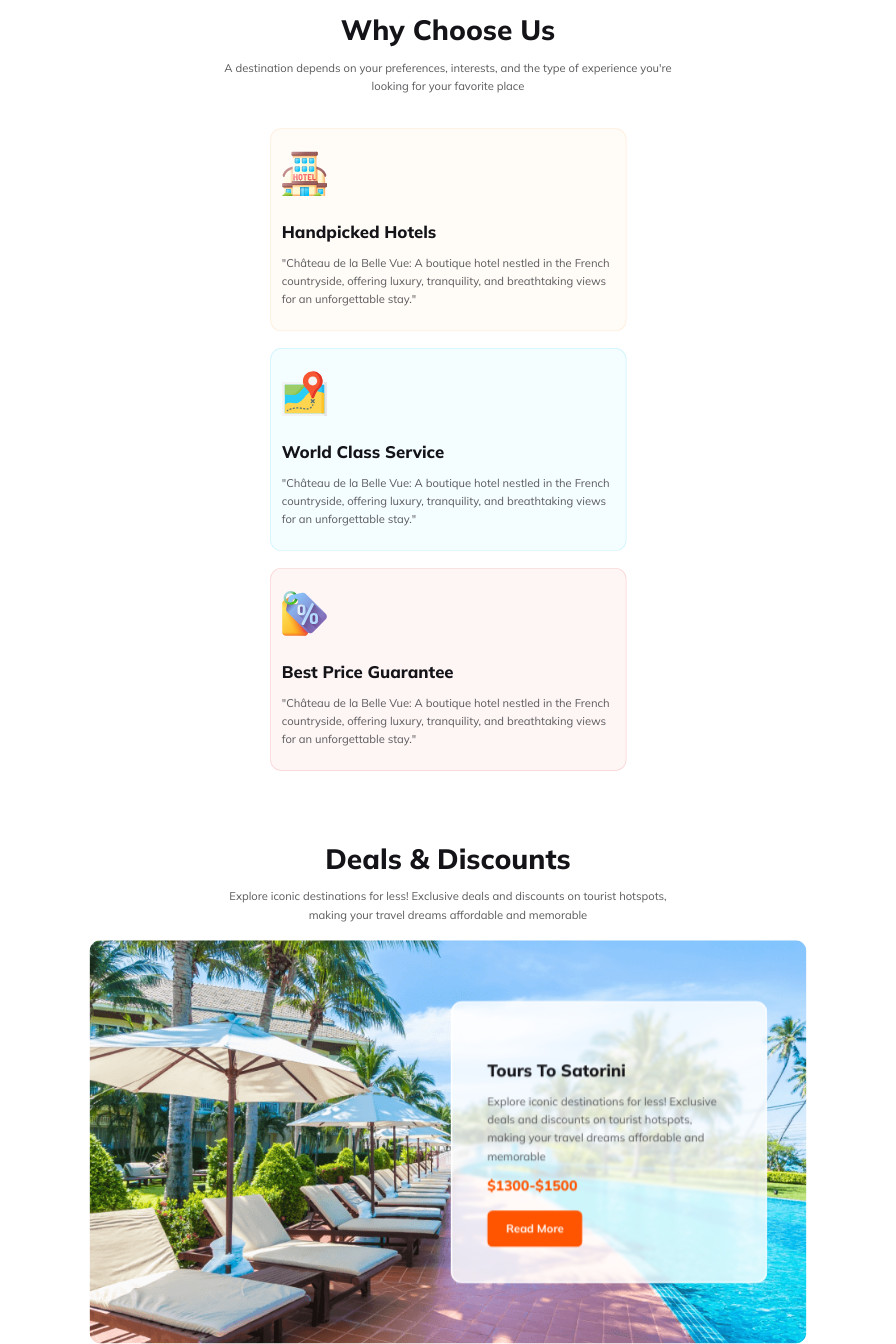
Repository: ShouravAhammed/Assignment-2
Page: index.html
The author's editor kept a copy of each file at every save. The page is drawn from the files as they stood at one save, then again after the next save.
The browser window is 1280 px wide. The pictures show the part of the page from y = 2665 to 4585 px (the page is 4585 px tall), at 70% of full size.
Some web libraries are served in a nearby version.

Above is the page before, as saved 2024-01-16 18:04:14.

### index.html
<!DOCTYPE html>
<html lang="en">
<head>
    <meta charset="UTF-8">
    <meta name="viewport" content="width=device-width, initial-scale=1.0">
    <!-- website title -->
    <title>Easy Travel</title>
    <!-- linked font awesome -->
    <script src="https://kit.fontawesome.com/0d98d502eb.js" crossorigin="anonymous"></script>
    <!-- linked favicon -->
    <link rel="shortcut icon" href="Images/Group 40071 (2).png" type="image/x-icon">
    <!-- linked css -->
    <link rel="stylesheet" href="styles/style.css">
</head>
<body>
    <!-- header part start -->
    <header id="header">
        <div class="container">
            <nav class="navigation">
                    <a class="website-name" href="">
                        <img src="Images/Group 40071 (2).png" alt="">
                        <h3 class="web-text">Easy <span class="web-text-color">Travel</span></h3>
                    </a>
                    <input type="checkbox" id="check">
                    <label for="check" class="checkbtn"><i class="fa-solid fa-bars"></i></label>
                    <ul class="nav">
                        <li><a class="active" href="">Home</a></li>
                        <li><a href="">Packages</a></li>
                        <li><a href="">Testimonial</a></li>
                        <li><a href="">Blog</a></li>
                        <li><a href="">Contact</a></li>
                    </ul>
                </nav>

                <section id="banner">
                    <div class="banner-container">
                        <div class="banner-text">
                            <h2 class="banner-title">Explore Your Travel</h2>
                        <p class="banner-description">Share your destination, interests, and preferences, and I'll assist in crafting a personalized itinerary for your unforgettable journey.</p>
                        </div>
                        <form class="banner-form" action="">
                            <input type="text" placeholder="Where go">
                            <select name="" id="">
                                <option value="">When</option>
                                <option value="">10:00pm</option>
                                <option value="">12:00am</option>
                                <option value="">3:00pm</option>
                                <option value="">01:00pm</option>
                            </select>
                            <select name="" id="">
                                <option value="">Select Type</option>
                                <option value="">Maldives</option>
                                <option value="">Srilanka</option>
                                <option value="">Bangladesh</option>
                                <option value="">Bandarban</option>
                                <option value="">North America</option>
                            </select>
                            <button class="primary-btn"><i class="fa-solid fa-magnifying-glass"></i> Find Now</button>
                        </form>
                    </div>
                </section>
        </div>
    </header>
    <!-- header part end -->
    <!-- main part start -->
    <main>
        <section id="tour">
            <div class="container">
                <div class="tour-container">
                    <div class="tour-text">
                        <h3 class="primary-title">Our Popular Tours</h3>
                        <p class="primary-description">Discover scenic wonders, cultural gems, and thrilling adventures with our popular tours—crafted for memorable experiences and lasting memories.</p>
                        <ul class="tour-list">
                            <li>Tempus euismod lacus mauris dignissim quis in ultrices. Magna nullam odio neque diam. Sociis erat at .</li>
                            <li>Adipiscing ornare pellentesque mauris volutpat tortor vitae platea porta lacus. Lectus suspendisse nullam.</li>
                            <li>Amet consectetur. Vulputate commodo felis molestie risus
                                ornare nulla amet et. Libero commodo sagittis dignissim adipiscing quis. Habitant adipiscing risus natoque aliquet. Id bibendum nunc senectus semper tincidunt.
                            </li>
                        </ul>
                        <p class="primary-description">Embark on unforgettable journeys with our popular tours. From cultural escapades to thrilling adventures, our meticulously crafted experiences promise to create lasting memories in breathtaking destinations worldwide.</p>
                        <button class="primary-btn">Read More</button>
                    </div>
                    <div class="tour-img">
                        <img src="Images/Rectangle 4.png" alt="tour-img">
                    </div>
                </div>
            </div>
        </section>
        <!-- destination section part -->
        <section id="destination">
            <div class="container">
                <dive class="destination-container">
                    <div class="primary-text">
                        <h3 class="primary-title">Choose Your Destination</h3>
                    <p class="primary-description">A destination depends on your preferences, interests, and the type of experience you're looking for......</p>
                    </div>
                    <div class="destination-content">
                        <div class="destination-img" id="img1">
                            <img src="Images/Rectangle 5.png" alt="">
                            <h3 class="destination-img-title">Maldives</h3>
                        </div>
                        <div class="destination-img" id="img2">
                            <img src="Images/Rectangle 8.png" alt="">
                            <h3 class="destination-img-title">Indonesia</h3>
                        </div>
                        <div class="destination-img" id="img3">
                            <img src="Images/Rectangle 6.png" alt="">
                            <h3 class="destination-img-title">Srilanka</h3>
                        </div>
                        <div class="destination-img" id="img4">
                            <img src="Images/Rectangle 7.png" alt="">
                            <h3 class="destination-img-title">North America</h3>
                        </div>
                        <div class="destination-img" id="img5">
                            <img src="Images/Rectangle 9.png" alt="">
                            <h3 class="destination-img-title">Kashmir</h3>
                        </div>
                        <div class="destination-img" id="img6">
                            <img src="Images/Rectangle 11.png" alt="">
                            <h3 class="destination-img-title">Bangladesh</h3>
                        </div>
                        <div class="destination-img" id="img7">
                            <img src="Images/Rectangle 10.png" alt="">
                            <h3 class="destination-img-title">Bandarban</h3>
                        </div>
                    </div>
                </dive>
            </div>
        </section>
        <!-- why choose us section part -->
        <section id="choose">
            <div class="container">
                <div class="choose-container">
                    <div class="primary-text">
                        <h3 class="primary-title">Why Choose Us</h3>
                    <p class="primary-description">A destination depends on your preferences, interests, and the type of experience you're looking for your favorite place</p>
                    </div>
                    <div class="choose-content">
                        <div class="choose-boxes box-yellow">
                            <img src="icons/hotel.svg" alt="">
                            <h3 class="choose-title">Handpicked Hotels</h3>
                            <p class="choose-description">"Château de la Belle Vue: A boutique hotel nestled in the French countryside, offering luxury, tranquility, and breathtaking views for an unforgettable stay."</p>
                        </div>
                        <div class="choose-boxes box-sky">
                            <img src="icons/map.svg" alt="">
                            <h3 class="choose-title">World Class Service</h3>
                            <p class="choose-description">"Château de la Belle Vue: A boutique hotel nestled in the French countryside, offering luxury, tranquility, and breathtaking views for an unforgettable stay."</p>
                        </div>
                        <div class="choose-boxes box-darkyellow">
                            <img src="icons/price.svg" alt="">
                            <h3 class="choose-title">Best Price Guarantee</h3>
                            <p class="choose-description">"Château de la Belle Vue: A boutique hotel nestled in the French countryside, offering luxury, tranquility, and breathtaking views for an unforgettable stay."</p>
                        </div>
                    </div>
                </div>
            </div>
        </section>
        <!-- deals section part -->
        <section id="deals">
            <div class="container">
                <div class="deals-container">
                    <div class="primary-text">
                        <h3 class="primary-title">Deals & Discounts</h3>
                    <p class="primary-description">Explore iconic destinations for less! Exclusive deals and discounts on tourist hotspots, making your travel dreams affordable and memorable</p>
                    </div>
                    <div class="deals-content">
                        <div class="deals-text">
                            <div class="date-time">
                                <p></p>
                                <p></p>
                                <p></p>
                            </div>
                            <h3 class="choose-title">Tours To Satorini</h3>
                            <p class="choose-description">Explore iconic destinations for less! Exclusive deals and discounts on tourist hotspots, making your travel dreams affordable and memorable</p>
                            <h4 class="deals-price">$1300-$1500</h4>
                            <button class="primary-btn">Read More</button>
                        </div>
                    </div>
                </div>
            </div>
        </section>
    </main>
    <!-- main part end -->
    <!-- footer part start -->
    <footer>

    </footer>
    <!-- footer part end -->
</body>
</html>

### styles/style.css
/* Import Fonts From Google Fonts */
@import url('https://fonts.googleapis.com/css2?family=Mulish:ital,wght@0,200;0,300;0,400;0,500;0,600;0,700;0,800;0,900;0,1000;1,200;1,300;1,400;1,500;1,600;1,700;1,800;1,900;1,1000&display=swap');@import url('https://fonts.googleapis.com/css2?family=Mulish:ital,wght@0,200;0,300;0,400;0,500;0,600;0,700;0,800;0,900;0,1000;1,200;1,300;1,400;1,500;1,600;1,700;1,800;1,900;1,1000&display=swap');

/* color clearance */
:root{
    --primary-color: #FF5400;
    --secondary-color: #131318;
    --third-color: #fff;
}

/* all default size off */
*{
    margin: 0;
    padding: 0;
    outline: 0;
    box-sizing: border-box;
}
/* container display measuring size*/
.container{
    width: 80%;
    margin: 0 auto;
}
/* primary title, description and button */
.primary-title{
    color: var(--secondary-color);
    font-family: Mulish;
    font-size: 2.5rem;
    font-weight: 800;
}
.primary-description{
    color: rgba(19, 19, 24, 0.70);
    font-family: Mulish;
    font-size: 1rem;
    font-weight: 400;
    line-height: 26px;
    margin: 16px 0;
}
/* navigation css style */
.navigation{
    display: flex;
    align-items: center;
    justify-content: space-between;
    margin: 40px 0;
}
.website-name{
    display: flex;
    align-items: center;
    gap: 16px;
    text-decoration: none;
}
.website-name img{
    width: 48px;
}
.website-name .web-text{
    color: var(--secondary-color);
    font-family: Mulish;
    font-size: 2.25rem;
    font-weight: 800;
}
.website-name .web-text-color{
    color: var(--primary-color);
}


.checkbtn{
    font-size: 1.75rem;
    color: #131318;
    display: none;
}
#check{
    display: none;
}



.navigation > .nav{
    display: flex;
    align-items: center;
    gap: 44px;
}
.nav > li{
    list-style: none;
}
.nav > li a{
    color: #424247;
    font-family: Mulish;
    font-size: 1.125rem;;
    font-weight: 400;
    text-decoration: none;
    transition: all ease 0.3s;
}
.nav > li a.active, .nav > li a:hover{
    color: var(--primary-color);
}

#banner{
    background-image: linear-gradient(180deg, rgba(19, 19, 24, 0.80) 0%, rgba(19, 19, 24, 0.00) 100%), url(../Images/Group13.png);
    background-position: center;
    background-size: cover;
    background-repeat: no-repeat;
    height: 80vh;
    border-radius: 16px;
}
.banner-text{
    padding-top: 106px;
    width: 676px;
    margin: 0 auto 48px auto;
    text-align: center;
}
.banner-text .banner-title{
    color: #FFF;
    font-family: Mulish;
    font-size: 4rem;
    font-weight: 800;
}
.banner-text .banner-description{
    color: #FFF;
    font-family: Mulish;
    font-size: 1rem;
    font-weight: 400;
    line-height: 26px;
    margin-top: 24px;
}
.banner-form{
    border-radius: 8px;
    background: rgba(255, 255, 255, 0.30);
    width: 816px;
    padding: 16px 0px;
    margin: 0 auto;
    text-align: center;
    display: flex;
    align-items: center;
    justify-content: space-evenly;
}
.banner-form input, .banner-form select{
    color: rgba(19, 19, 24, 0.50);
    border-radius: 8px;
    background: #FFF;
    font-family: Mulish;
    font-size: 1rem;
    font-weight: 400;
    padding: 14px;
    border: 2px solid transparent;
    transition: all ease 0.5s;
    width: 200px;
}
.banner-form input:hover{
    border: 2px solid var(--primary-color);
}
.banner-form select:hover{
    border: 2px solid var(--primary-color);
}
.primary-btn{
    color: #FFF;
    font-family: Mulish;
    font-size: 16px;
    font-weight: 700;
    border-radius: 8px;
    background: #FF5400;
    border: none;
    padding: 14px 25px;
    border:  2px solid transparent;
    transition: all ease 0.5s;
}
.primary-btn:hover{
    border: 2px solid var(--primary-color);
    background: #fff;
    color: var(--primary-color);
}



/* tour section css style */
#tour{
    margin: 100px 0;
}
.tour-container{
    display: flex;
    gap: 53px;
    align-items: center;
}
.tour-text{
    width: 47%;
}
.tour-img{
    width: 52%;
}
.tour-img img{
    width: 100%;
}
.tour-list > li{
    color: rgba(19, 19, 24, 0.70);
    font-family: Mulish;
    font-size: 1rem;
    font-weight: 400;
    line-height: 26px;
}
/* destination section css style */

.primary-text{
    width: 643px;
    margin: 0 auto;
    text-align: center;
}
.destination-content{
    display: grid;
    grid-template-columns: repeat(12, 1fr);
    grid-template-rows: repeat(3, 1fr);
    gap: 24px;
    margin-top: 48px;
}
.destination-img {
    position: relative;
    transition: all ease 0.3s;
}
.destination-img:hover{
    filter: grayscale(1);
    transform: scale(1.03);
}
.destination-img .destination-img-title{
    position: absolute;
    top: 0;
    left: 0;
    width: 100%;
    height: 100%;
    display: flex;
    align-items: center;
    justify-content: center;
    color: #FFF;
    font-family: Mulish;
    font-size: 1.75rem;
    font-weight: 800;
}
.destination-img img{
    width: 100%;
    height: 300px;
    object-fit: cover;
    border-radius: 16px;
    background: linear-gradient(0deg, rgba(19, 19, 24, 0.20) 0%, rgba(19, 19, 24, 0.20) 100%);
}
#img1{
    grid-column: 1/ span 6;
    grid-row: 1/ span 1;
}
#img2{
    grid-column: 7/ span 6;
    grid-row: 1/ span 1;
}
#img3{
    grid-column: 1/ span 4;
    grid-row: 2/ span 1;
}
#img4{
    grid-column: 5/ span 5;
    grid-row: 2/ span 1;
}
#img5{
    grid-column: 10/ span 3;
    grid-row: 2/ span 1;
}
#img6{
    grid-column: 1/ span 5;
    grid-row: 3/ span 1;
}
#img7{
    grid-column: 6/ span 7;
    grid-row: 3/ span 1;
}


/* Choose section css style */
#choose{
    margin: 100px 0;
}
.choose-content{
    display: flex;
    gap: 24px;
    flex-wrap: wrap;
    align-items: center;
    justify-content: center;
    margin-top: 48px;
}
.choose-boxes{
    padding: 32px 16px;
    width: 509px;
    border-radius: 16px;
}
.choose-boxes img{
    width: 64px;
}
.box-yellow{
    border: 1px solid rgba(251, 181, 99, 0.20);
    background: rgba(251, 181, 99, 0.05);
}
.box-sky{
    border: 1px solid rgba(41, 206, 246, 0.20);
    background: rgba(41, 206, 246, 0.05);
}
.box-darkyellow{
    border: 1px solid rgba(233, 68, 68, 0.20);
    background: rgba(233, 68, 68, 0.05);
}
.choose-title{
    color: var(--secondary-color);
    font-family: Mulish;
    font-size: 1.5rem;
    font-weight: 800;
    margin-top: 32px;
    margin-bottom: 16px;
}
.choose-description{
    color: #5A5A5D;
    font-family: Mulish;
    font-size: 1rem;
    font-weight: 400;
    line-height: 26px;
}

/* deals section css style */
.deals-content{
    background-image: url(../Images/Group\ 39.png);
    background-position: center;
    background-size: cover;
    background-repeat: no-repeat;
    height: 80vh;
    margin-top: 24px;
    border-radius: 16px;
    display: flex;
    justify-content: flex-end;
    align-items: center;
}
.deals-text{
    border-radius: 16px;
    border: 2px solid #FFF;
    background: rgba(255, 255, 255, 0.80);
    backdrop-filter: blur(2.5px);
    padding: 50px;
    width: 452px;
    margin-right: 56px;
}
.deals-price{
    color: var(--primary-color);
    font-family: Mulish;
    font-size: 1.25rem;
    font-weight: 800;
    margin-top: 16px;
    margin-bottom: 24px;
}





/* mobile device */
@media only screen and (max-width: 576px){


    /* primary  */
    .primary-title{
        font-size: 1.25rem;
    }
    .primary-description{
        font-size: 0.875rem;
        line-height: 24px;
    }









    /* navigation mobile device part css style */
    .navigation{
        margin: 35px 0;
    }
    .checkbtn{
        display: block;
    }
    .navigation > .nav{
        flex-direction: column;
        gap: 20px;
        padding-top: 30px;
        position: fixed;
        width: 100%;
        height: 50vh;
        background: #fff;
        top: 80px;
        left: -100%;
        text-align: center;
        transition: all ease 0.3s;
    }
    #check{
        display: none;
    }
    #check:checked ~ ul{
        left: 0;
    }

    /* banner mobile device section css style */
    .banner-text {
        padding-top: 32px;
        width: 100%;
        margin-bottom: 32px;
    }
    .banner-text .banner-title{
        font-size: 1.375rem;
    }
    .banner-text .banner-description{
        font-size: 0.875rem;
        line-height: 21px;
    }
    .banner-form input, .banner-form select{
        width: 100%;
    }
    .banner-form {
        width: 85%;
        padding: 16px 20px;
        flex-direction: column;
        gap: 16px;
    }


    /* tour mobile device section css style */
    #tour{
        margin: 24px 0;
    }
    .tour-container {
        gap: 24px;
        flex-direction: column;
    }
    .tour-text{
        width: 100%;
    }
    .tour-list > li{
        font-size: 0.875rem;
        line-height: 24px;
    }
    .tour-img{
        width: 100%;
    }

    /* destination mobile device section css style */
    .primary-text {
        width: 100%;
    }
    .destination-content{
        display: grid;
        grid-template-columns: repeat(12, 1fr);
        grid-template-rows: repeat(7, 1fr);
        gap: 16px;
    }
    #img1{
        grid-column: 1/ span 12;
        grid-row: 1/ span 1;
    }
    #img2{
        grid-column: 1/ span 12;
        grid-row: 2/ span 1;
    }
    #img3{
        grid-column: 1/ span 12;
        grid-row: 3/ span 1;
    }
    #img4{
        grid-column: 1/ span 12;
        grid-row: 4/ span 1;
    }
    #img5{
        grid-column: 1/ span 12;
        grid-row: 5/ span 1;
    }
    #img6{
        grid-column: 1/ span 12;
        grid-row: 6/ span 1;
    }
    #img7{
        grid-column: 1/ span 12;
        grid-row: 7/ span 1;
    }
    .destination-img .destination-img-title {
        font-size: 1.25rem;
    }
    /* choose section css style */
    #choose{
        margin: 24px 0;
    }
    .choose-content {
        margin-top: 16px;
    }
    .choose-boxes{
        width: 100%;
        padding: 32px 32px;
    }
    .choose-title{
        font-size: 1.25rem;
        margin-top: 16px;
    }
    .choose-description{
        font-size: 0.875rem;
    }
}

After the next save:
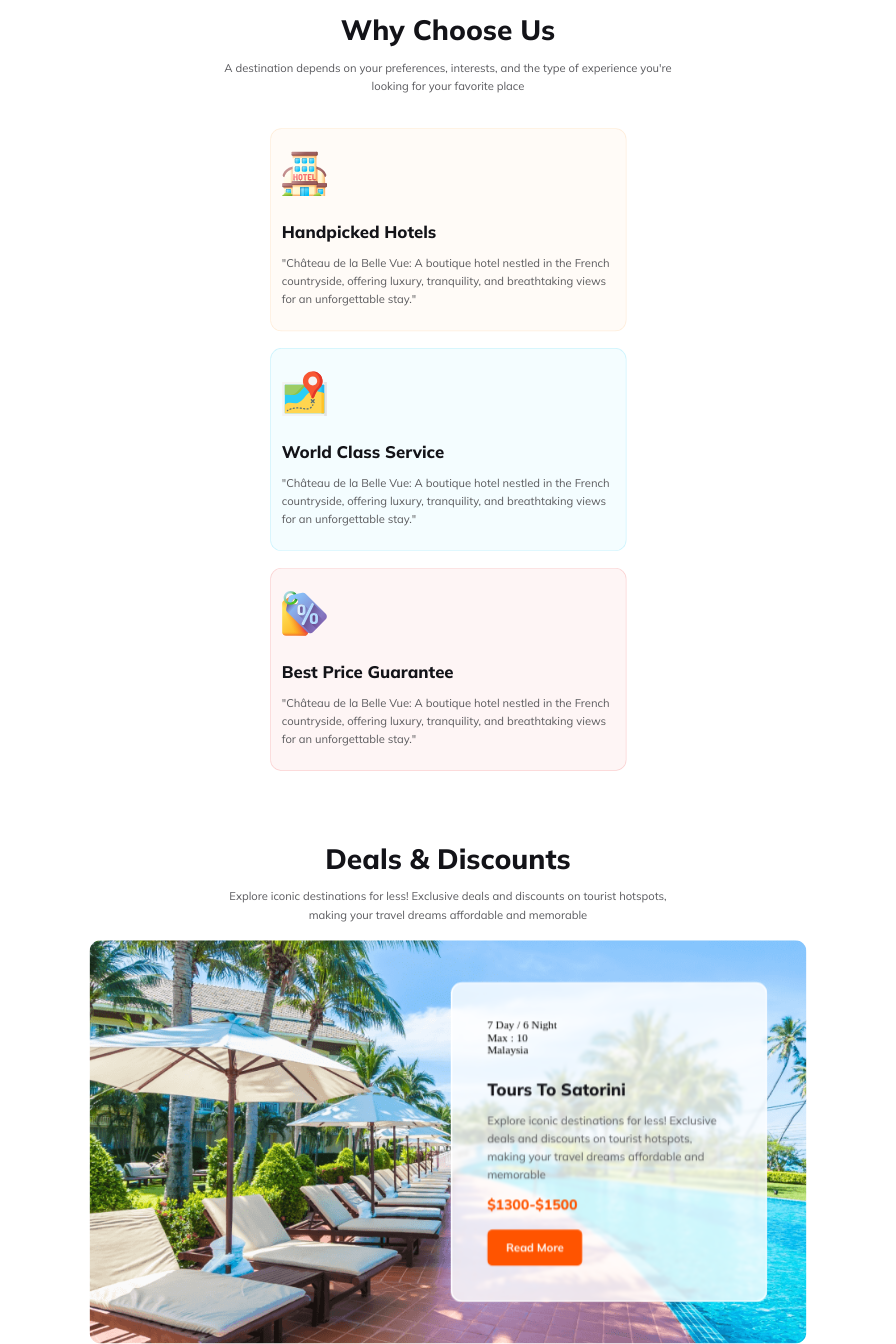
Saved 70 s later.
--- a/index.html
+++ b/index.html
@@ -166,9 +166,9 @@
                     <div class="deals-content">
                         <div class="deals-text">
                             <div class="date-time">
-                                <p></p>
-                                <p></p>
-                                <p></p>
+                                <p>7 Day / 6 Night</p>
+                                <p>Max : 10</p>
+                                <p>Malaysia</p>
                             </div>
                             <h3 class="choose-title">Tours To Satorini</h3>
                             <p class="choose-description">Explore iconic destinations for less! Exclusive deals and discounts on tourist hotspots, making your travel dreams affordable and memorable</p>
